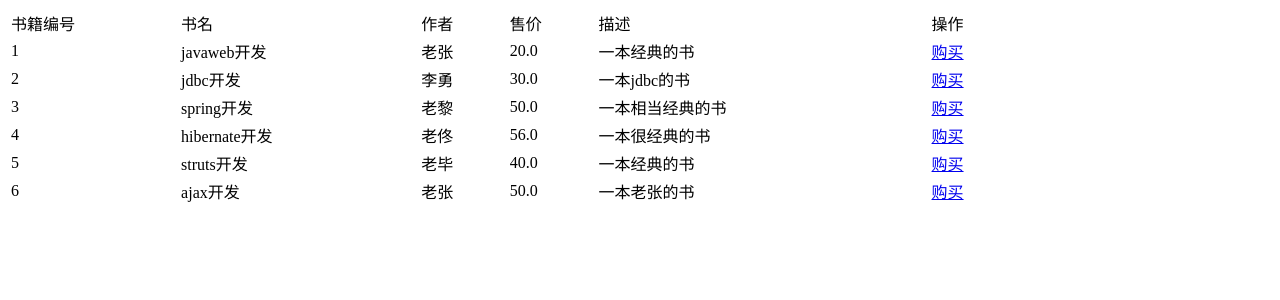
Repository: wsws1996/myproject
Page: http://localhost/day10/servlet/ListBookServlet
These files come from the project's save history. The page is drawn as it stood at one moment and after the next save; the edit follows.
The browser window is 1280 px wide. The pictures show the whole page.
The page is served by Tomcat 9. Other server files are loaded and not shown.

Above is the page before, as saved 2015-11-22 05:27:16.

### java/workspace/day10/WebRoot/WEB-INF/jsp/listbook.jsp
<%@ page language="java" import="java.util.*" pageEncoding="UTF-8"%>
<%@taglib uri="http://java.sun.com/jstl/core_rt" prefix="c"%>

<!DOCTYPE HTML PUBLIC "-//W3C//DTD HTML 4.01 Transitional//EN">
<html>
<head>

<title>书籍列表</title>

</head>

<body>

	<table width="80%">
		<tr>
			<td>书籍编号</td>
			<td>书名</td>
			<td>作者</td>
			<td>售价</td>
			<td>描述</td>
			<td>操作</td>
		</tr>
		<c:forEach var="me" items="${map }">
			<tr>
				<td>${me.key }</td>
				<td>${me.value.name }</td>
				<td>${me.value.author }</td>
				<td>${me.value.price }</td>
				<td>${me.value.description }</td>
				<td><a href="#">购买</a></td>
			</tr>
		</c:forEach>
	</table>
</body>
</html>

### java/workspace/day10/src/cn/wang/web/controller/ListBookServlet.java
package cn.wang.web.controller;

import java.io.IOException;
import java.util.Map;

import javax.servlet.ServletException;
import javax.servlet.http.HttpServlet;
import javax.servlet.http.HttpServletRequest;
import javax.servlet.http.HttpServletResponse;

import cn.wang.service.BusinessService;

public class ListBookServlet extends HttpServlet {

	/**
	 * Destruction of the servlet. <br>
	 */
	public void destroy() {
		super.destroy(); // Just puts "destroy" string in log
		// Put your code here
	}

	public void doGet(HttpServletRequest request, HttpServletResponse response)
			throws ServletException, IOException {
		BusinessService service = new BusinessService();
		Map map = service.getAllBook();
		request.setAttribute("map", map);
		request.getRequestDispatcher("/WEB-INF/jsp/listbook.jsp").forward(request, response);
	}

	public void doPost(HttpServletRequest request, HttpServletResponse response)
			throws ServletException, IOException {

		doGet(request, response);
	}

	/**
	 * Initialization of the servlet. <br>
	 *
	 * @throws ServletException
	 *             if an error occurs
	 */
	public void init() throws ServletException {
		// Put your code here
	}

}

### java/workspace/day10/src/cn/wang/service/BusinessService.java
package cn.wang.service;

import java.util.Map;

import cn.wang.dao.BookDao;

public class BusinessService {
	BookDao dao = new BookDao();

	public Map getAllBook() {
		return dao.getAll();
	}

}

### java/workspace/day10/src/cn/wang/dao/BookDao.java
package cn.wang.dao;

import java.util.Map;

import cn.wang.db.MyDb;
import cn.wang.domain.Book;

public class BookDao {
	public Map getAll() {
		return MyDb.getAll();
	}

	public Book find(String id) {
		return (Book) MyDb.getAll().get(id);
	}
}

### java/workspace/day10/src/cn/wang/db/MyDb.java
package cn.wang.db;

import java.util.LinkedHashMap;
import java.util.Map;

import cn.wang.domain.Book;

public class MyDb {
	private static Map<String, Book> map = new LinkedHashMap();
	static {
		map.put("1", new Book("1", "javaweb开发", "老张", 20, "一本经典的书"));
		map.put("2", new Book("2", "jdbc开发", "李勇", 30, "一本jdbc的书"));
		map.put("3", new Book("3", "spring开发", "老黎", 50, "一本相当经典的书"));
		map.put("4", new Book("4", "hibernate开发", "老佟", 56, "一本很经典的书"));
		map.put("5", new Book("5", "struts开发", "老毕", 40, "一本经典的书"));
		map.put("6", new Book("6", "ajax开发", "老张", 50, "一本老张的书"));
	}
	public static Map getAll() {
		return map;

	}
}

### java/workspace/day10/src/cn/wang/domain/Book.java
package cn.wang.domain;

public class Book {

	public Book() {
		super();
		// TODO Auto-generated constructor stub
	}

	public Book(String id, String name, String author, double price,
			String description) {
		super();
		this.id = id;
		this.name = name;
		this.author = author;
		this.price = price;
		this.description = description;
	}

	private String id;
	private String name;
	private String author;
	private double price;
	private String description;

	public String getId() {
		return id;
	}

	public void setId(String id) {
		this.id = id;
	}

	public String getName() {
		return name;
	}

	public void setName(String name) {
		this.name = name;
	}

	public String getAuthor() {
		return author;
	}

	public void setAuthor(String author) {
		this.author = author;
	}

	public double getPrice() {
		return price;
	}

	public void setPrice(double price) {
		this.price = price;
	}

	public String getDescription() {
		return description;
	}

	public void setDescription(String description) {
		this.description = description;
	}
}

After the next save:
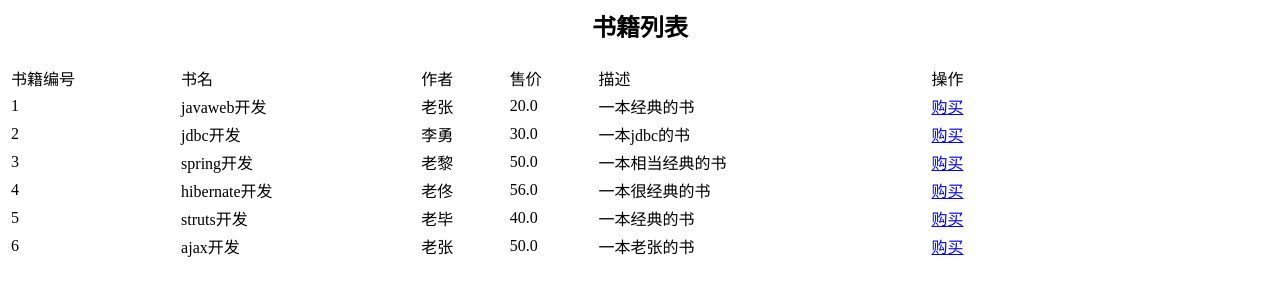
Saved 45 s later.
--- a/java/workspace/day10/WebRoot/WEB-INF/jsp/listbook.jsp
+++ b/java/workspace/day10/WebRoot/WEB-INF/jsp/listbook.jsp
@@ -9,8 +9,8 @@
 
 </head>
 
-<body>
-
+<body style="text-align: center;">
+	<h2>书籍列表</h2>
 	<table width="80%">
 		<tr>
 			<td>书籍编号</td>
